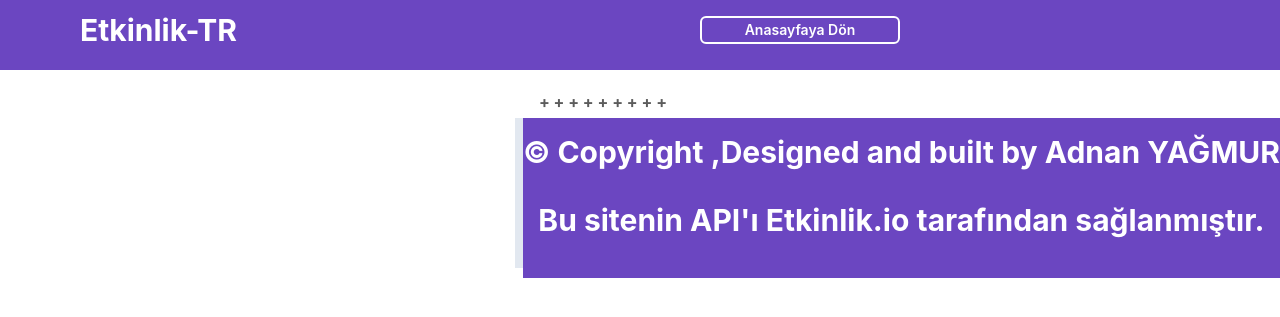
Repository: adnanyagmur/EtsTur-FrontEnd-Hiring-Challange
Page: /detailPage
An editor plug-in stored every save of this project. The page is shown before and after the next save, followed by the edit.
The browser window is 1280 px wide. The pictures show the whole page.
The project was rebuilt for these pictures with package versions that can differ from the ones it lists, and the page was loaded fresh each time. Also part of the build but not shown: src/index.css, src/components/eventList/EventList.jsx, src/components/hompage/HomePage.jsx, src/pastApi/json.js, src/components/pastEventList/PastList.jsx.

Above is the page before, as saved 2022-06-21 21:53:59.

After the next save:
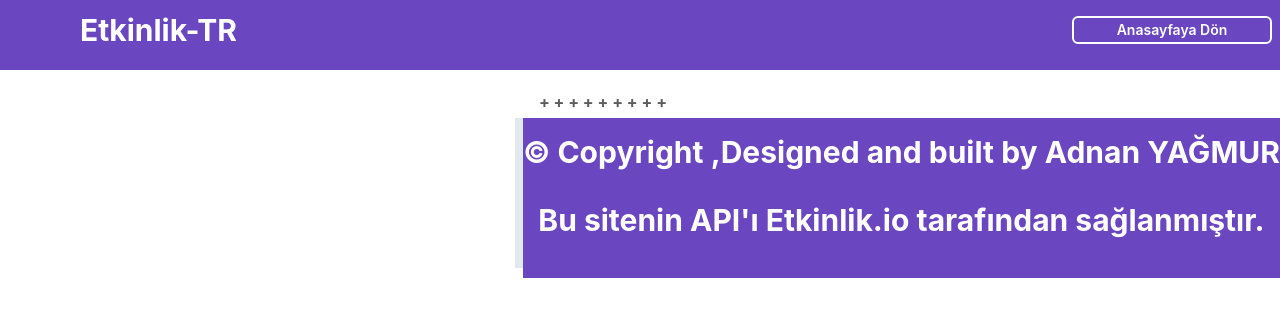
Saved 39 s later.
--- a/src/components/detailPage/DetailPage.jsx
+++ b/src/components/detailPage/DetailPage.jsx
@@ -44,9 +44,11 @@ const DetailPage= ()=> {
           fontWeight='bold'
         >
           <GridItem pt='2' pl='80px' bg='purple.600' color='white' area={'header'}>
-            <SimpleGrid columns={[2]} spacing='40px'>
+            <SimpleGrid columns={[null,5]} spacing='40px'>
               <Text as='span' fontSize='3xl' >Etkinlik-TR</Text>
-
+              <div></div>
+              <div></div>
+              <div></div>
               <Button bg='purple.600' w="200px" mr='2' h='1.75rem' size='sm' mt="2" border='2px' borderColor='white' onClick={handleClick} >
                Anasayfaya Dön
               </Button>
